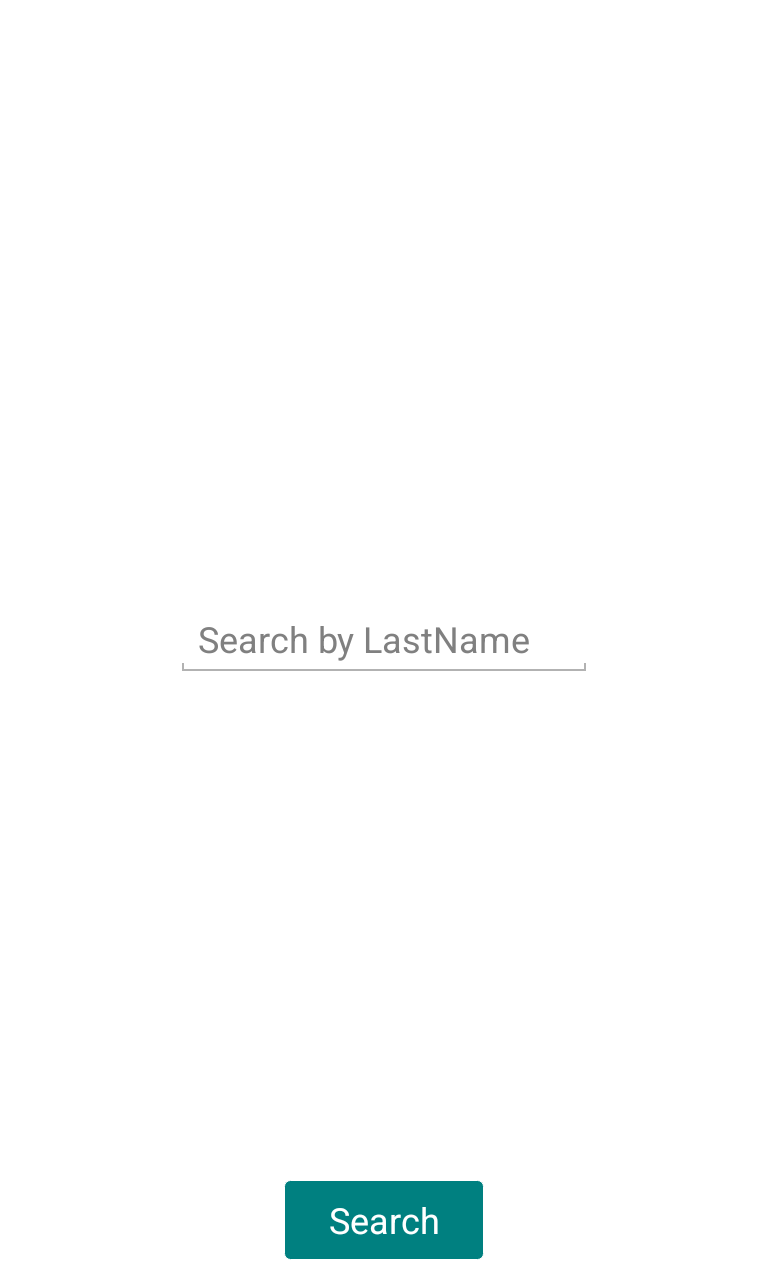
Repository: zyixc/ProjectChessV2
Layout: ChessMasters/res/layout/fragment_player_search_screen.xml
An editor plug-in stored every save of this project. The layout is shown before and after the next save, followed by the edit.
It is drawn on a 768 x 1280 px phone screen (xhdpi) without system bars, with theme AppTheme; the app's code is not run.

Above is the layout before, as saved 2014-06-25 13:26:06.

### ChessMasters/res/layout/fragment_player_search_screen.xml
<FrameLayout
    android:orientation="vertical"
    android:layout_width="fill_parent"
    android:layout_height="fill_parent"
    xmlns:android="http://schemas.android.com/apk/res/android">

    <EditText
        android:layout_width="wrap_content"
        android:layout_height="wrap_content"
        android:hint="@string/player_search_screen"
        android:id="@+id/FPSS_lastname_editText"
        android:ems="10"
        android:layout_gravity="center"
        android:inputType="textPersonName" />

    <Button
        android:layout_width="100sp"
        android:layout_height="40sp"
        android:text="@string/player_search_screen_search_button"
        android:id="@+id/FPSS_search_button"
        android:textColor="#ffffff"
        android:background="@drawable/btnborder"
        android:layout_gravity="center_horizontal|bottom" />

</FrameLayout>

### ChessMasters/res/values/styles.xml
<resources>

    <!-- Base application theme. -->
    <style name="AppTheme" parent="android:Theme.Holo.Light.DarkActionBar">
        <item name="android:layout_marginLeft">5dip</item>
        <item name="android:layout_marginRight">5dip</item>
        <item name="android:layout_marginTop">5dip</item>
        <item name="android:layout_marginBottom">5dip</item>
    </style>

</resources>

### ChessMasters/res/values/strings.xml
<?xml version="1.0" encoding="utf-8"?>
<resources>
    <!--Start screen-->
    <string name="app_name">Chess Master</string>
    <string name="action_settings">Settings</string>
    <string name="action_player_search_screen">PS</string>
    <string name="action_game_search_screen">GS</string>
    <string name="start_screen_player_search_button">Search Player</string>
    <string name="start_screen_game_search_button">Search Game</string>
    <string name="null_value">null</string>

    <!--compare screen -->
    <string name="compare_screen_result">Result:</string>
    <string name="compare_screen_result_white">White</string>
    <string name="compare_screen_result_black">Black</string>
    <string name="compare_screen_result_draw">Draw</string>
    <string name="compare_screen_rating">Rating:</string>
    <string name="compare_screen_rating_min">min</string>
    <string name="compare_screen_rating_max">max</string>
    <string name="compare_screen_rating_checkedbox_at_least_one">at least one</string>
    <string name="compare_screen_rating_checkedbox_both">both</string>
    <string name="compare_screen_search_button">Search</string>

    <!--game search screen -->
    <string name="game_search_screen_result">Result:</string>
    <string name="game_search_screen_result_white">White</string>
    <string name="game_search_screen_result_black">Black</string>
    <string name="game_search_screen_result_draw">Draw</string>
    <string name="game_search_screen_rating">Rating:</string>
    <string name="game_search_screen_rating_min">min</string>
    <string name="game_search_screen_rating_max">max</string>
    <string name="game_search_screen_whiteopening">White opening</string>
    <string name="game_search_screen_whiteopening_1st">1st</string>
    <string name="game_search_screen_whiteopening_2nd">2nd</string>
    <string name="game_search_screen_whiteopening_3rd">3rd</string>
    <string name="game_search_screen_blackopening">Black opening</string>
    <string name="game_search_screen_blackopening_1st">1st</string>
    <string name="game_search_screen_blackopening_2nd">2nd</string>
    <string name="game_search_screen_blackopening_3rd">3rd</string>
    <string name="game_search_screen_eco">Eco:</string>
    <string name="game_search_screen_button_search">Search</string>

    <!--player search screen-->
    <string name="player_search_screen">Search by LastName</string>
    <string name="player_search_screen_search_button">Search</string>

    <!--player profile screen-->
    <string name="player_profile_screen_player_name">Name:</string>
    <string name="player_profile_screen_player_rating">Recent Rating:</string>
    <string name="player_profile_screen_player_number_of_game">#Games:</string>
    <string name="player_profile_screen_player_number_of_game_textView">23</string>
    <string name="player_profile_screen_player_white_opening">White opening pref.:</string>
    <string name="player_profile_screen_player_white_opening_symbol">#</string>
    <!--Game search Result List screen-->

    <!--Game Detail screen-->
    <string name="game_detail_screen_player_black">Black:</string>
    <string name="game_detail_screen_player_white">White:</string>
    <string name="game_detail_screen_compare_button">Compare</string>
    <string name="game_detail_screen_result">Result:</string>
</resources>

### ChessMasters/res/drawable-hdpi/btnborder.xml
<?xml version="1.0" encoding="utf-8"?>
<shape xmlns:android="http://schemas.android.com/apk/res/android" android:shape="rectangle">
  <corners android:radius="3dp" />
  <padding android:left="2dp" android:right="2dp" android:top="2dp" android:bottom="2dp"/>
  <solid android:color="#008080"/>
  <stroke android:width="1px" android:color="#ffffff" />
</shape>

After the next save:
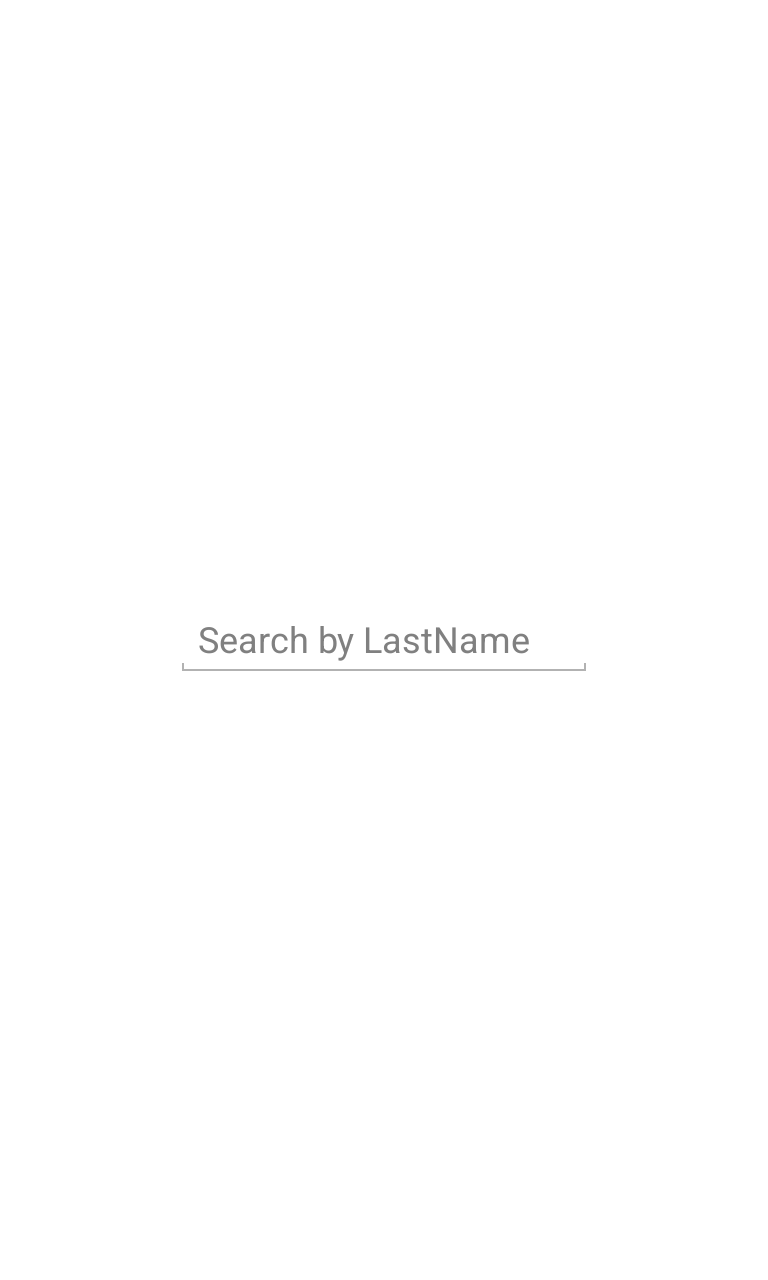
Saved 9 s later.
--- a/ChessMasters/res/layout/fragment_player_search_screen.xml
+++ b/ChessMasters/res/layout/fragment_player_search_screen.xml
@@ -14,8 +14,6 @@
         android:inputType="textPersonName" />
 
     <Button
-        android:layout_width="100sp"
-        android:layout_height="40sp"
         android:text="@string/player_search_screen_search_button"
         android:id="@+id/FPSS_search_button"
         android:textColor="#ffffff"
